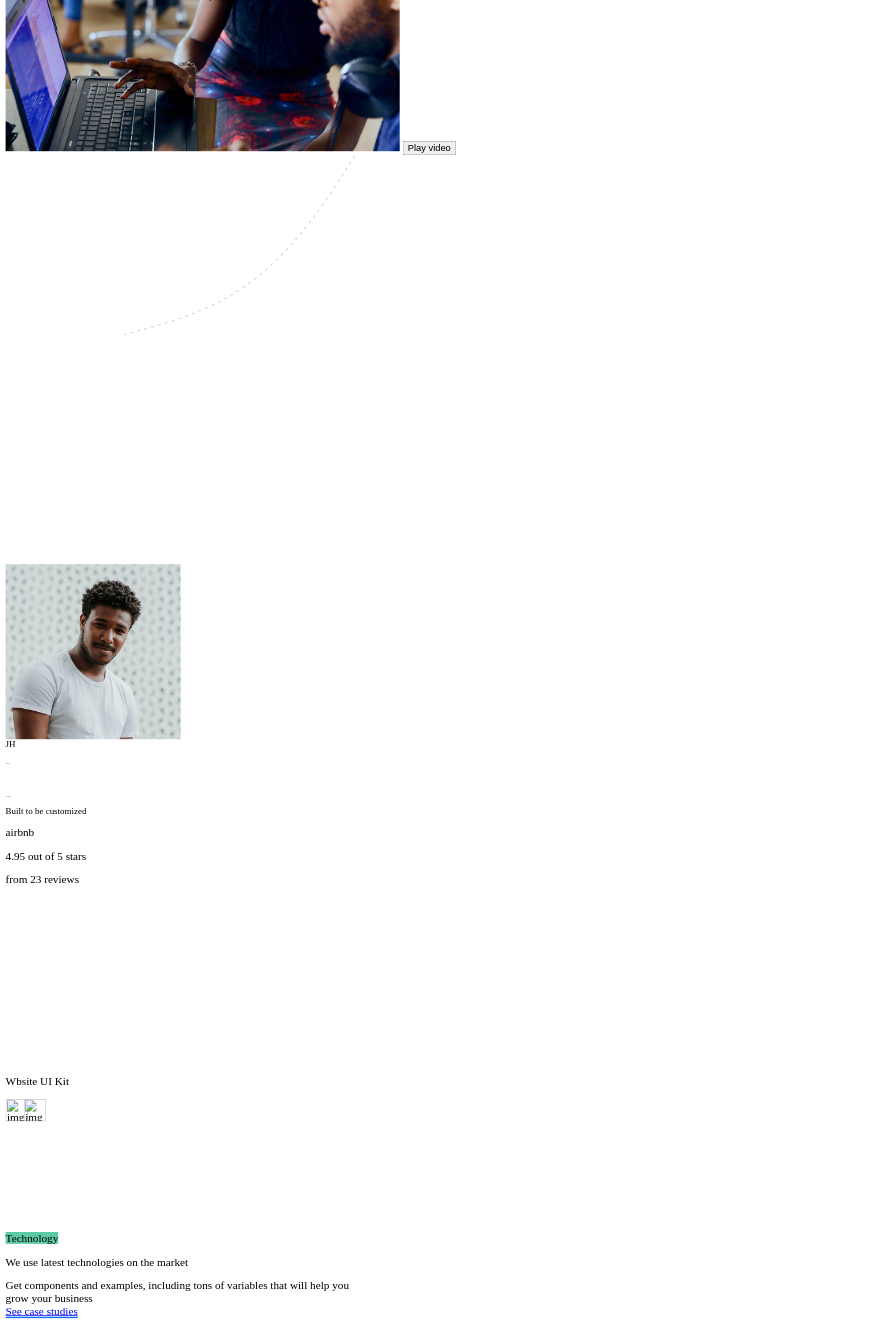
Repository: brandonc16/odoo-task
Page: components/hero.html
An editor plug-in stored every save of this project. The page is shown before and after the next save, followed by the edit.
The browser window is 1280 px wide. The pictures show the part of the page from y = 2080 to 4000 px (the page is 3970 px tall before and 4000 px after), at 70% of full size.

Above is the page before, as saved 2026-03-16 03:28:16.

### components/hero.html
<!-- SECTION CARD  -->
<div class="bg-primary text-white hero-style pb-10">
  <div class="pt-5">
    <div class="row align-items-center px-lg-10">
      <div class="col-12 col-lg-6 mb-5 mb-lg-0">
        <p class="display-4 fw-bold mb-4">Development done right</p>
        <p
          class="mb-4 text-white-50"
          style="font-size: 1.1rem; max-width: 400px"
        >
          Build a beautiful, modern website with flexible components built from
          scratch.
        </p>
        <button
          class="btn btn-light text-primary rounded-2 d-inline-flex align-items-center gap-2 fw-bold px-4 py-2 mb-5"
        >
          Get started <span class="fs-5">+</span>
        </button>

        <div class="d-flex align-items-center gap-4 flex-wrap mt-3">
          <span class="small text-white-50">Trusted by:</span>
          <span class="fw-bold d-flex align-items-center gap-1"
            ><i class="bi bi-google"></i>Google</span
          >
          <span class="fw-bold d-flex align-items-center gap-1"
            ><i class="bi bi-spotify"></i>Spotify</span
          >
          <span class="fw-bold fs-5">airbnb</span>
          <span class="fw-bold d-flex align-items-center gap-1"
            ><i class="bi bi-paypal"></i>PayPal</span
          >
        </div>
      </div>
      <div class="col-12 col-lg-6">
        <div
          class="card bg-white border-0 shadow-lg p-4 text-dark"
          style="
            border-radius: 1.5rem 1.5rem 4.5rem 1.5rem;
            max-width: 420px;
            margin: 0 auto;
          "
        >
          <div class="d-flex justify-content-between align-items-center mb-4">
            <p class="fw-bold" style="font-size: 0.85rem">Manage cards</p>
            <button
              class="btn btn-outline-secondary btn-sm px-3 rounded-2"
              style="font-size: 0.85rem"
            >
              Add new
            </button>
          </div>
          <div
            class="bg-card-dark text-white p-4 mb-4 shadow-sm"
            style="border-radius: 1rem"
          >
            <div class="d-flex justify-content-between align-items-start mb-4">
              <div class="d-flex">
                <a class="navbar-brand fw-fold fs-3" href="#">
                  <img
                    src="/assets/mastercard.svg"
                    alt="Odoo logo"
                    height="35"
                    class="d-inline-block align-text-top"
                  />
                </a>
              </div>
              <p
                class="badge bg-success text-success text-white border border-success border-opacity-25 px-2 py-1"
              >
                Active
              </p>
            </div>
            <p
              class="text-white-50 mb-1"
              style="font-size: 0.6rem; letter-spacing: 1px"
            >
              CARD NUMBER
            </p>
            <p class="mb-4" style="letter-spacing: 2px">
              4358 - 7421 - 9256 -6682
            </p>

            <div class="d-flex justify-content-between">
              <div>
                <p
                  class="text-white-50 mb-0"
                  style="font-family: 0.6rem; letter-spacing: 1px"
                >
                  NAME
                </p>
                <p class="mb-0 fw-bold small">John Snow</p>
              </div>
              <div>
                <p
                  class="text-white-50 mb-0"
                  style="font-family: 0.6rem; letter-spacing: 1px"
                >
                  EXPIRY DATE
                </p>
                <p class="mb-0 fw-bold small">11/23</p>
              </div>
            </div>
          </div>

          <div class="justify-content-between align-items-center mb-2">
            <div class="d-flex justify-content-between">
              <p class="mb-0 fw-bold">Starbucks</p>

              <span class="text-muted">$5,50 USD</span>
            </div>
            <p class="mb-0 text-muted" style="font-size: 0.85rem">
              Pending - San Francisco, United States
            </p>
            <hr
              class="text-secondary justify-content-between align-items-center mb-4"
            />

            <div class="d-flex justify-content-between">
              <p class="mb-0 fw-bold">Nike Sports</p>

              <span class="text-muted">$129,00 USD </span>
            </div>
            <p class="mb-0 text-muted" style="font-size: 0.85rem">
              Pending - Lisbon, Portugal
            </p>
            <hr
              class="text-secondary justify-content-between align-items-center mb-4"
            />

            <a href="#" class="text-decoration-underline text-primary"
              >View all</a
            >
          </div>
        </div>
      </div>
    </div>
  </div>
</div>
<!-- SECTION TOOLS -->

<div class="py-5 my-5">
  <div class="px-lg-10">
    <div class="row align-items-center">
      <div class="col-12 col-lg-6 mb-5 mb-lg-0">
        <div
          class="card border border-light border-1 shadow-sm p-4 p-lg-5 rounded-3 position-relative mt-n4 mt-lg-n5"
        >
          <div style="width: 90%">
            <p class="fw-bold mb-4 display-6">Awesome Projects</p>
            <div class="mb-4 p-3">
              <p class="fw-bold mb-2" style="font-size: 0.95">
                Create the new logo
              </p>
              <div class="progress rounded-pill" style="height: 6px">
                <div class="progress-bar- bg-warning" style="width: 45%"></div>
              </div>
            </div>
            <div class="mb-4 p-3">
              <p class="fw-bold mb-2" style="font-size: 0.95">
                Set up the color palette
              </p>
              <div class="progress rounded-pill" style="height: 6px">
                <div class="progress-bar- bg-warning" style="width: 60%"></div>
              </div>
            </div>

            <div class="mb-2 p-3">
              <div
                class="d-flex justify-content-between align-items-center mb-2"
              >
                <span class="fw-bold" style="font-size: 0.95rem">
                  Wireframe and prototype</span
                >
                <span style="font-size: 0.86rem"
                  >6:50 <i class="bi bi-chevron-right small"></i
                ></span>
              </div>

              <div class="progress rounded-pill" style="height: 6px">
                <div class="progress-bar- bg-warning" style="width: 80%"></div>
              </div>
            </div>
          </div>
        </div>
      </div>

      <div
        class="col-12 col-lg-5 offset-lg-1 text-center text-lg-start mt-5 mt-lg-0"
      >
        <span
          class="badge bg-warning text-white px-3 py-2 rounded-pill mb-4 fs-6"
        >
          Tools
        </span>
        <p class="display-6 fw-bold mb-4">
          We build for designers and developers
        </p>
        <p
          class="text-muted fs-5 mb-3"
          style="max-width: 500px; margin: 0 auto"
        >
          Get components and examples, including tons of variables that will
          help you grow your bussines.
        </p>

        <div
          class="mt-4 mt-lg-5"
          style="width: 100%; max-width: 400px; z-index: 2"
        >
          <div class="rounded-2 overflow-hidden shadow-sm position-relative">
            <img
              src="/assets/img_01.jpg"
              alt="Team working"
              height="55"
              class="img-fluid w-100"
              style="height: 200px; object-fit: cover"
            />
            <button
              class="btn btn-light position-absolute top-0 end-0 m-3 fw-bold shadow-sm d-flex align-items-center gap-2 rounded-3"
            >
              Play video <i class="bi bi-play-fill"></i>
            </button>
          </div>
        </div>
      </div>
    </div>
  </div>
</div>

<svg
  class="position-absolute"
  style="
    top: 167%;
    left: 25%;
    z-index: 0;
    pointer-events: none;
    width: 50%;
    height: 83%;
  "
  viewBox="0 0 500 800"
  fill="none"
  xmlns="http://www.w3.org/2000/svg"
>
  <path
    d="M0,0 C150,250 250,300 450,350"
    stroke="#ced4da"
    stroke-width="2"
    stroke-dasharray="6 8"
    fill="none"
  />

  <!--   <path
    d="M400,600 C300,750 250,850 100,1000"
    stroke="#ced4da"
    stroke-width="2"
    stroke-dasharray="6 8"
    fill="none"
  /> -->
</svg>

<!-- SECTION FEATURES -->

<div class="py-5 my-5 position-relative overflow-hidden">
  <div class="row px-lg-10 align-items-center">
    <div class="col-12 col-lg-5 mb-5 mb-lg-0">
      <span
        class="badge text-white px-3 py-2 rounded-pill mb-4 fs-6"
        style="background-color: #5ccaa7"
      >
        Features
      </span>

      <p class="fw-bold fs-4 mb-5">
        Get components and examples, including tons of variables that will help
        you grow your business.
      </p>

      <div class="d-flex flex-column gap-3">
        <div class="d-flex align-items-center gap-3">
          <i class="bi bi-check-circle-fill fs-5" style="color: #5ccaa7"></i>
          <p class="fw-medium mt-3" style="color: #5ccaa7">
            Perfect for modern startups
          </p>
        </div>
      </div>
      <div class="d-flex flex-column gap-3">
        <div class="d-flex align-items-center gap-3">
          <i class="bi bi-check-circle-fill fs-5" style="color: #5ccaa7"></i>
          <p class="fw-medium mt-3" style="color: #5ccaa7">
            Fully customizable and scalable
          </p>
        </div>
      </div>
    </div>

    <div class="col-12 col-lg-6 offset-lg-1">
      <div class="position-relative shadow-lg rounded-3 overflow-hidden;">
        <img
          src="/assets/img_02.jpg"
          alt="Team working"
          height="auto"
          class="img-fluid w-100"
          style="height: 450px; object-fit: cover"
        />
        <button
          class="btn btn-light position-absolute top-0 end-0 m-3 fw-bold shadow-sm d-flex align-items-center gap-2 rounded-3"
        >
          Play video <i class="bi bi-play-fill"></i>
        </button>
      </div>
    </div>
  </div>
</div>

<!-- Section technology -->

<svg
  class="position-absolute"
  style="
    top: 243%;
    left: 25%;
    z-index: 0;
    pointer-events: none;
    width: 50%;
    height: 83%;
    transform: scaleX(-1);
  "
  viewBox="0 0 500 800"
  fill="none"
  xmlns="http://www.w3.org/2000/svg"
>
  <path
    d="M0,0 C150,250 250,300 450,350"
    stroke="#ced4da"
    stroke-width="2"
    stroke-dasharray="6 8"
    fill="none"
  />
</svg>

<!-- section technology -->

<div class="py-5 my-5 position-relative overflow-hidden">
  <div class="px-lg-10 position-relative" style="z-index: 1">
    <div class="row align-items-center">
      <div class="col-12 col-lg-6 mb-5 mb-lg-0">
        <div class="row g-4 align-items-center">
          <div class="col-12 col-sm-6">
            <div class="card border-0 shadow-sm rounded-2 overflow-hidden">
              <img src="/assets/person_03.jpg" alt="JH" style="height: 250px; object-fit: cover" />

              <div
                class="card-body d-flex align-items-center justify-content-between p-4"
              >
                <div class="d-flex align-items-center gap-2">
                  <div
                    class="rounded-circle bg-warning text-white d-flex align-items-center justify-content-center fw-bold"
                    style="width: 35px; height: 35px; font-size: 0.8rem"
                  >
                    JH
                  </div>
                  <span class="fw-bold mb-0" style="font-size: 0.9">
                    Jimmy Hendrix</span
                  >
                </div>
                <i class="bi bi-heart" style="cursor: pointer"></i>
              </div>

            </div>

            <div class="card border-0 shadow-sm rounded4 p-3 d-lfex flex-row align-items-center gap-3 mt-5">
              <div class="rounded-circle bg-success bg-opacity-50 text-white d-flex align-items-center justify-content-center flex shrink-0"
              style="width: 45px; height:45px">
             <i class="bi bi-check-lg fs-5"></i>
             </div>
             <div>
               <p class="fw-bold mb-0" style="font-size: 0.95">
                 300 + components
               </p>
               <p class="text-muted mb-0" style="font-size: 0.8rem">
                 Built to be customized
               </p>
             </div>
             </div>

          </div>




            <div class="col-12 col-sm-6 mt-sm-5">
              <div
                class="card border border-light border-1 shadow-sm rounded-3 mb-4 p-4 text-center d-flex flex-column justify-content-center"
                style="min-height: 290px"
              >
                <div class="mb-3 fs-4 fw-bold">
                  <i class="bi bi-airbnb"></i>airbnb
                </div>
                <div
                  class="text-warining mb-2 fs-6 gap-1 d-flex justify-content-center"
                >
                  <i class="bi bi-star-fill"></i>
                  <i class="bi bi-star-fill"></i>
                  <i class="bi bi-star-fill"></i>
                  <i class="bi bi-star-fill"></i>
                  <i class="bi bi-star"></i>
                </div>
                <p class="fw-bold mb-1">4.95 out of 5 stars</p>
                <p class="text-muted mb-0">from 23 reviews</p>
              </div>

              <div
                class="card border border-light border-1 shadow-sm rounded-3 mb-4 p-4 text-center d-flex flex-column justify-content-center"
                style="min-height: 290px"
              >
                <div
                  class="rounded-circle bg-dark text-white mx-auto d-flex align-items-center justify-content-center mb-3"
                  style="width: 50px; height: 50"
                >
                  <i class="bi bi-infinity fs-4"></i>
                </div>
                <div
                  class="text-warining mb-2 fs-6 gap-1 d-flex justify-content-center"
                >
                  <p class="fw-bold mb-3">Wbsite UI Kit</p>
                </div>

                <div class="d-flex justify-content-center m-b">
                  <img
                    src=""
                    alt="img"
                    class="rounded-circle border border-2 border-white"
                    style="
                      width: 32px;
                      height: 32px;
                      margin-right: -10px;
                      z-index: 3;
                    "
                  />
                  <img
                    src=""
                    alt="img"
                    class="rounded-circle border border-2 border-white"
                    style="
                      width: 32px;
                      height: 32px;
                      margin-right: -10px;
                      z-index: 3;
                    "
                  />
                </div>
                <div
                  class="d-flex justify-ontent-center gap-4 text-muted small mt-auto pt-2"
                >
                  <i class="bi bi-paperclip" style="cursor: pointer"></i>
                  <i class="bi bi-eye" style="cursor: pointer"></i>
                  <i class="bi bi-heart" style="cursor: pointer"></i>
                </div>
              </div>
            </div>
          </div>
        </div>
        <div
          class="col-12 col-lg-5 offset-lg-1 mt-5 mt-lg-0 text-center text-lg-start"
        >
          <span
            class="badge bg-primary text-white px-3 py-2 rounded-pill mb-4 fs-6"
            style="background-color: #5ccaa7"
          >
            Technology
          </span>
          <p class="fs-4 mb-4">We use latest technologies on the market</p>

          <p
            class="text-muted fs-5 mb-4"
            style="max-width: 500px; margin: 0 auto 0 0"
          >
            Get components and examples, including tons of variables that will
            help you grow your business
          </p>
          <a
            href="#"
            class="text-primary text-decoration-none fw-medium pb-1"
            style="border-bottom: 2px solid #0d6efd"
            >See case studies</a
          >
        </div>


        </div>
      </div>
    </div>
  </div>
</div>

After the next save:
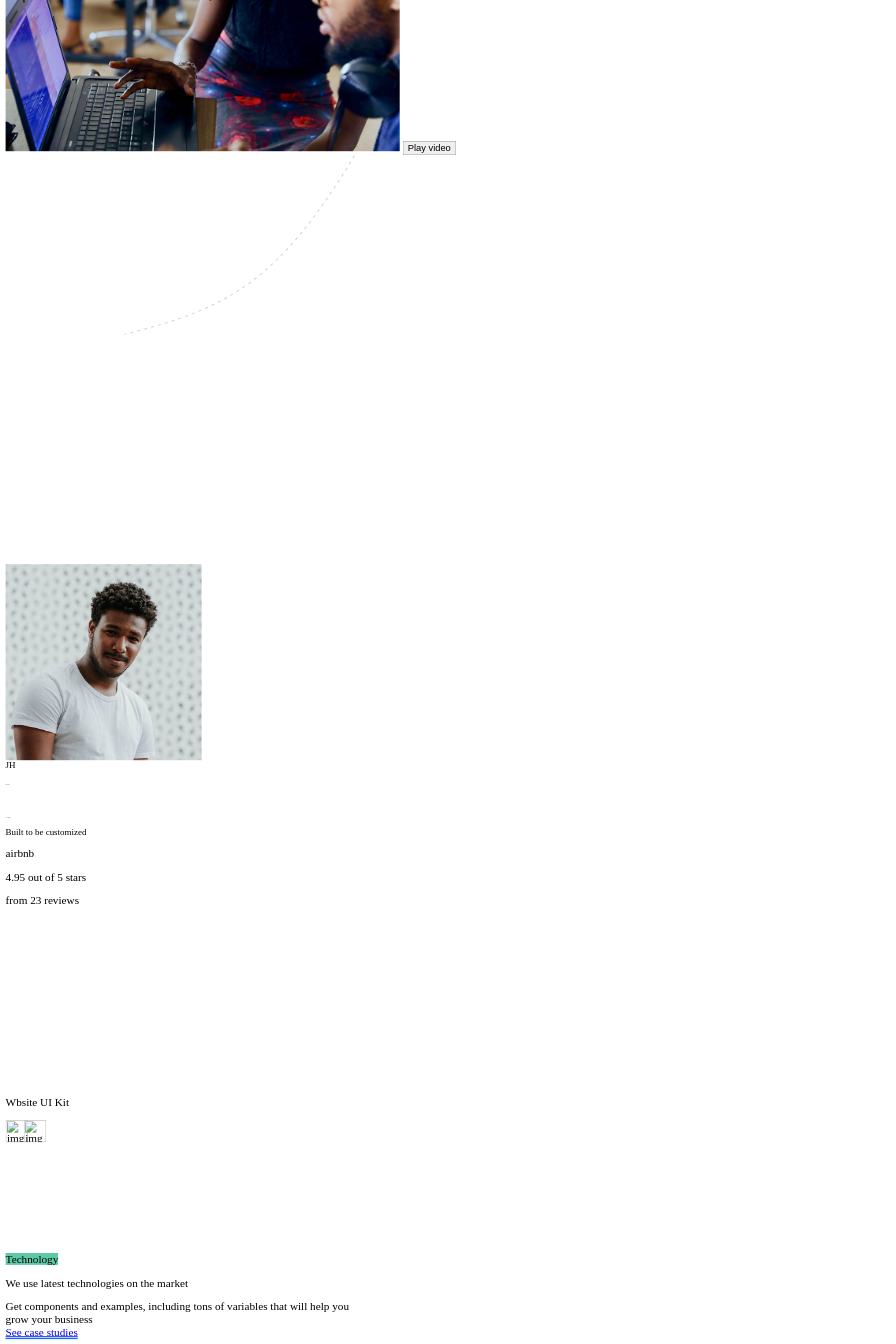
Saved 11 s later.
--- a/components/hero.html
+++ b/components/hero.html
@@ -347,7 +347,7 @@
         <div class="row g-4 align-items-center">
           <div class="col-12 col-sm-6">
             <div class="card border-0 shadow-sm rounded-2 overflow-hidden">
-              <img src="/assets/person_03.jpg" alt="JH" style="height: 250px; object-fit: cover" />
+              <img src="/assets/person_03.jpg" alt="JH" style="height: 280px; object-fit: cover" />
 
               <div
                 class="card-body d-flex align-items-center justify-content-between p-4"
